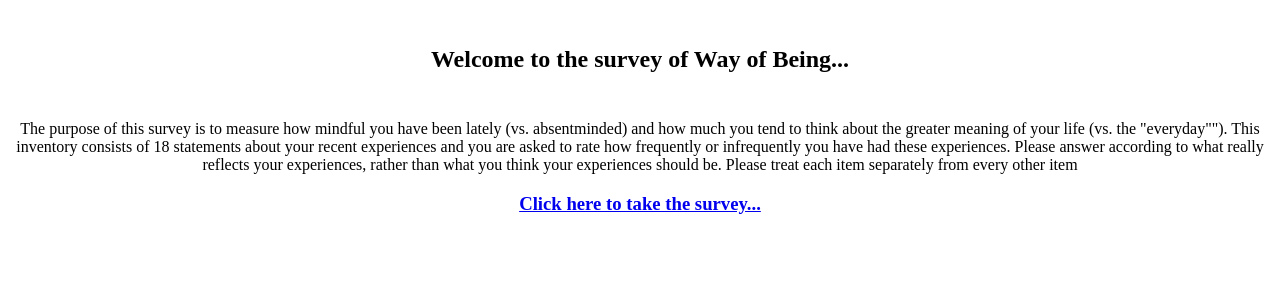
Repository: onlinechetan/WayOfBeing
Page: http://localhost/wayofbeing/
These files come from the project's save history. The page is drawn as it stood at one moment and after the next save; the edit follows.
The browser window is 1280 px wide. The pictures show the whole page.
The page is served by Tomcat 9. Other server files are loaded and not shown.

Above is the page before, as saved 2015-11-07 21:33:42.

### wayofbeing/WebContent/index.jsp
<html>
<head>
<title>Way of Being!!! </title>
<style type="text/css">

</style>
</head>
<body>
	<br>
	<div style="text-align:center">
		<h2>
			Welcome to the survey of Way of Being...<br> <br>
		</h2>
		The purpose of this survey is to measure how mindful you have been lately (vs. absentminded) and how much you tend to think about the greater meaning of your life (vs. the "everyday""). This inventory consists of 18 statements about your recent experiences and you are asked to rate how frequently or infrequently you have had these experiences. Please answer according to what really reflects your experiences, rather than what you think your experiences should be. Please treat each item separately from every other item
		<h3>
			<a href="welcome.jsp">Click here to take the survey... </a>
		</h3>
	</div>
</body>
</html>

After the next save:
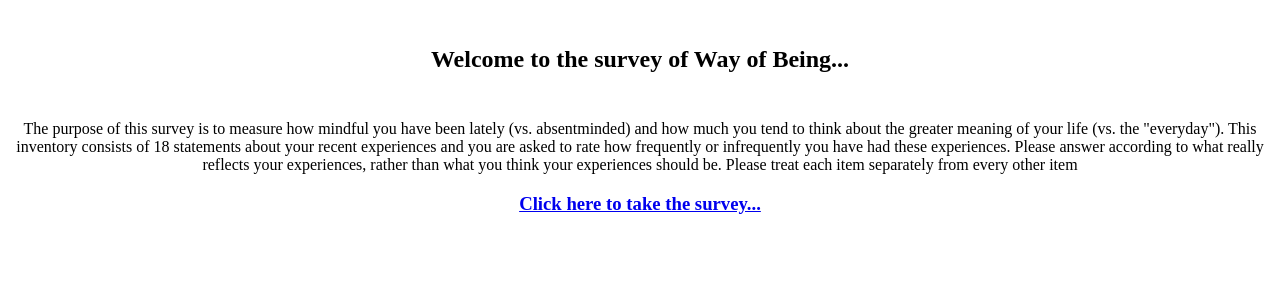
Saved 10 s later.
--- a/wayofbeing/WebContent/index.jsp
+++ b/wayofbeing/WebContent/index.jsp
@@ -11,7 +11,7 @@
 		<h2>
 			Welcome to the survey of Way of Being...<br> <br>
 		</h2>
-		The purpose of this survey is to measure how mindful you have been lately (vs. absentminded) and how much you tend to think about the greater meaning of your life (vs. the "everyday""). This inventory consists of 18 statements about your recent experiences and you are asked to rate how frequently or infrequently you have had these experiences. Please answer according to what really reflects your experiences, rather than what you think your experiences should be. Please treat each item separately from every other item
+		The purpose of this survey is to measure how mindful you have been lately (vs. absentminded) and how much you tend to think about the greater meaning of your life (vs. the "everyday"). This inventory consists of 18 statements about your recent experiences and you are asked to rate how frequently or infrequently you have had these experiences. Please answer according to what really reflects your experiences, rather than what you think your experiences should be. Please treat each item separately from every other item
 		<h3>
 			<a href="welcome.jsp">Click here to take the survey... </a>
 		</h3>
